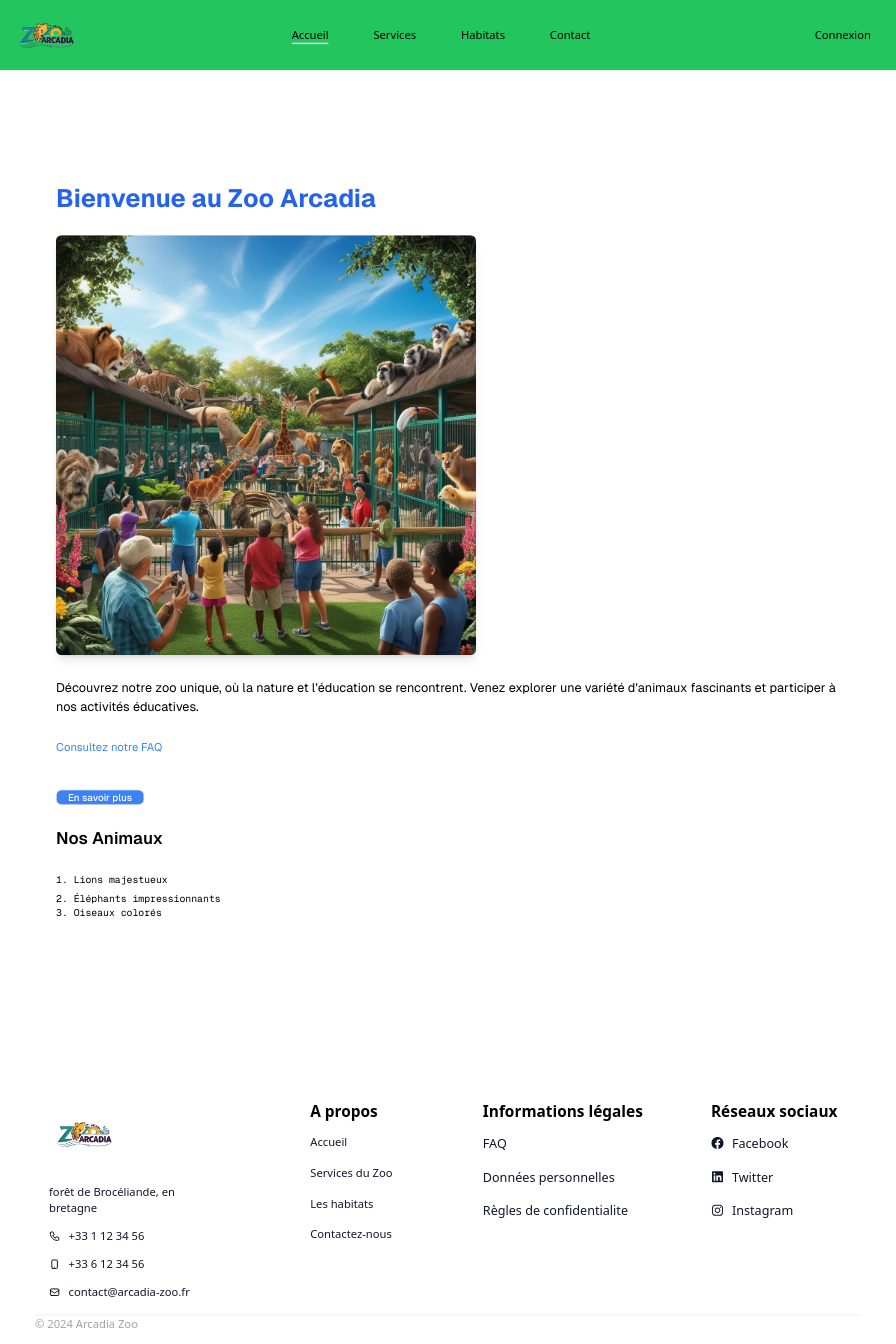
Repository: rdaa99/zoo-arcadia
Page: /
The author's editor kept a copy of each file at every save. The page is drawn from the files as they stood at one save, then again after the next save.
The browser window is 1280 px wide. The pictures show the part of the page from y = 0 to 1920 px (the page is 1939 px tall before and 3327 px after), at 70% of full size.
The project was rebuilt for these pictures with package versions that can differ from the ones it lists, and the page was loaded fresh each time. The framework's server and built-in components were replaced by stand-ins that run in the browser. Also part of the build but not shown: next.config.ts, components/organisms/Navbar/NavbarMobile.tsx, components/molecules/Button/TextButton.tsx.

Above is the page before, as saved 2024-11-18 23:25:44.

After the next save:
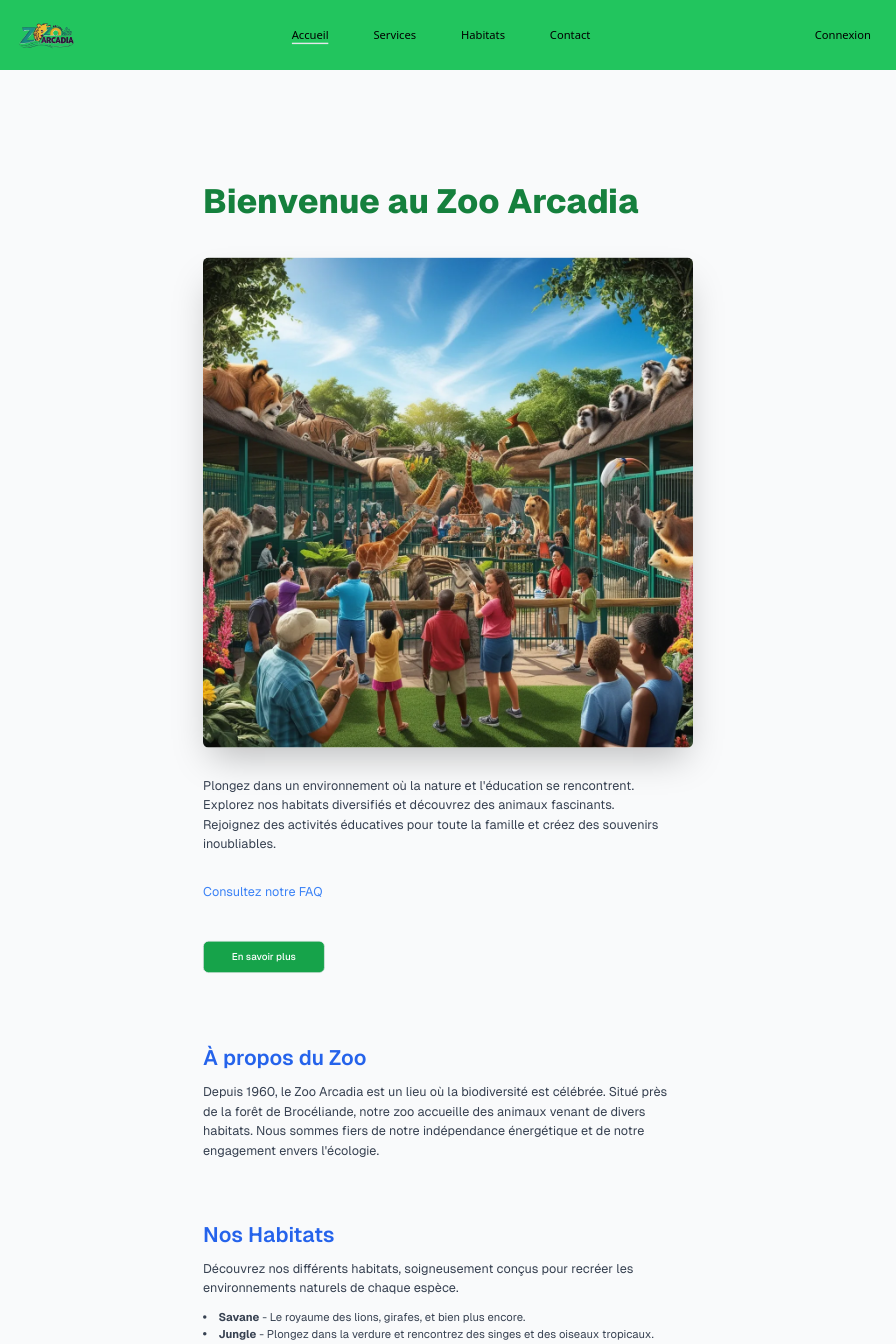
Saved 23 h 2 min later.
--- a/app/page.tsx
+++ b/app/page.tsx
@@ -4,44 +4,130 @@ import Link from "next/link";
 
 export default function Home() {
   return (
-    <div className="grid grid-rows-[20px_1fr_20px] items-center justify-items-center min-h-screen p-8 pb-20 gap-16 sm:p-20 font-[family-name:var(--font-geist-sans)]">
-      <main className="flex flex-col gap-8 row-start-2 items-center sm:items-start text-center">
-        <h1 className="text-4xl font-bold text-blue-600">
+    <div className="grid grid-rows-[20px_1fr_20px] items-center justify-items-center min-h-screen p-8 pb-20 gap-16 sm:p-20 font-[family-name:var(--font-geist-sans)] bg-gray-50 text-gray-800">
+      <main className="flex flex-col gap-10 row-start-2 items-center sm:items-start text-center">
+        {/* Section Accueil */}
+        <h1 className="text-5xl font-extrabold text-green-700 mb-4">
           Bienvenue au Zoo Arcadia
         </h1>
         <Image
           src="/images/zoo.webp"
-          alt="Zoo Arcadia"
-          width={600}
-          height={400}
+          alt="Vue panoramique du Zoo Arcadia"
+          width={700}
+          height={450}
           priority
-          className="rounded-lg shadow-lg"
+          className="rounded-lg shadow-2xl"
         />
-        <p className="text-lg sm:text-left">
-          Découvrez notre zoo unique, où la nature et l'éducation se
-          rencontrent. Venez explorer une variété d'animaux fascinants et
-          participer à nos activités éducatives.
+
+        <p className="text-lg sm:text-left max-w-2xl text-gray-700">
+          Plongez dans un environnement où la nature et l'éducation se
+          rencontrent. Explorez nos habitats diversifiés et découvrez des
+          animaux fascinants. Rejoignez des activités éducatives pour toute la
+          famille et créez des souvenirs inoubliables.
         </p>
-        <Link href="/faq" className="text-blue-500 hover:underline">
-          Consultez notre FAQ
+
+        <Link href="/faq">
+          <a className="text-blue-500 hover:underline text-lg">
+            Consultez notre FAQ
+          </a>
         </Link>
         <Button
-          className="mt-4 text-white bg-blue-500 hover:bg-blue-700 hover:underline"
+          className="mt-4 px-6 py-3 bg-green-600 text-white rounded-lg hover:bg-green-800"
           href="/faq"
         >
           En savoir plus
         </Button>
 
-        <h2 className="text-2xl font-semibold">Nos Animaux</h2>
-        <ol className="list-inside list-decimal text-sm text-center sm:text-left font-[family-name:var(--font-geist-mono)]">
-          <li className="mb-2">Lions majestueux</li>
-          <li>Éléphants impressionnants</li>
-          <li>Oiseaux colorés</li>
-        </ol>
+        {/* Section À propos du Zoo */}
+        <section className="max-w-2xl text-center sm:text-left mt-16">
+          <h2 className="text-3xl font-semibold text-blue-600">
+            À propos du Zoo
+          </h2>
+          <p className="text-lg text-gray-700 mt-4">
+            Depuis 1960, le Zoo Arcadia est un lieu où la biodiversité est
+            célébrée. Situé près de la forêt de Brocéliande, notre zoo accueille
+            des animaux venant de divers habitats. Nous sommes fiers de notre
+            indépendance énergétique et de notre engagement envers l'écologie.
+          </p>
+        </section>
 
-        <div className="flex gap-4 items-center flex-col sm:flex-row"></div>
+        {/* Section Habitats */}
+        <section className="max-w-2xl mt-12 text-center sm:text-left">
+          <h2 className="text-3xl font-semibold text-blue-600">Nos Habitats</h2>
+          <p className="text-lg text-gray-700 mt-4">
+            Découvrez nos différents habitats, soigneusement conçus pour recréer
+            les environnements naturels de chaque espèce.
+          </p>
+          <ul className="list-inside list-disc text-left text-gray-700 mt-4">
+            <li>
+              <strong>Savane</strong> - Le royaume des lions, girafes, et bien
+              plus encore.
+            </li>
+            <li>
+              <strong>Jungle</strong> - Plongez dans la verdure et rencontrez
+              des singes et des oiseaux tropicaux.
+            </li>
+            <li>
+              <strong>Marais</strong> - Découvrez des espèces uniques dans notre
+              espace marécageux.
+            </li>
+          </ul>
+        </section>
+
+        {/* Section Animaux */}
+        <section className="max-w-2xl mt-12 text-center sm:text-left">
+          <h2 className="text-3xl font-semibold text-blue-600">Nos Animaux</h2>
+          <p className="text-lg text-gray-700 mt-4">
+            Rencontrez nos résidents les plus fascinants, soigneusement protégés
+            et entretenus par nos vétérinaires.
+          </p>
+          <ol className="list-inside list-decimal text-left text-gray-700 mt-4">
+            <li className="mb-2">Lions majestueux</li>
+            <li className="mb-2">Éléphants impressionnants</li>
+            <li className="mb-2">Oiseaux colorés</li>
+            <li className="mb-2">Reptiles étonnants</li>
+          </ol>
+        </section>
+
+        {/* Section Services et Activités */}
+        <section className="max-w-2xl mt-12 text-center sm:text-left">
+          <h2 className="text-3xl font-semibold text-blue-600">
+            Activités et Services
+          </h2>
+          <p className="text-lg text-gray-700 mt-4">
+            Profitez de nos services uniques et participez à des activités
+            enrichissantes :
+          </p>
+          <ul className="list-inside list-disc text-left text-gray-700 mt-4">
+            <li>Visites guidées pour en apprendre plus sur les animaux.</li>
+            <li>Un petit train pour explorer le parc de manière ludique.</li>
+            <li>
+              Restauration pour tous les goûts, avec une sélection de produits
+              locaux.
+            </li>
+          </ul>
+        </section>
+
+        {/* Section de Contact */}
+        <section className="max-w-2xl mt-12 text-center sm:text-left">
+          <h2 className="text-3xl font-semibold text-blue-600">
+            Contactez-nous
+          </h2>
+          <p className="text-lg text-gray-700 mt-4">
+            Avez-vous des questions? N'hésitez pas à nous contacter via notre
+            formulaire de contact ou à consulter la FAQ pour plus
+            d'informations.
+          </p>
+        </section>
       </main>
-      <footer className="row-start-3 flex gap-6 flex-wrap items-center justify-center"></footer>
+
+      {/* Footer */}
+      <footer className="row-start-3 flex gap-6 flex-wrap items-center justify-center text-gray-500 mt-12">
+        <p>© 2024 Zoo Arcadia - Tous droits réservés</p>
+        <Link href="/mentions-legales">
+          <a className="hover:underline">Mentions Légales</a>
+        </Link>
+      </footer>
     </div>
   );
 }
